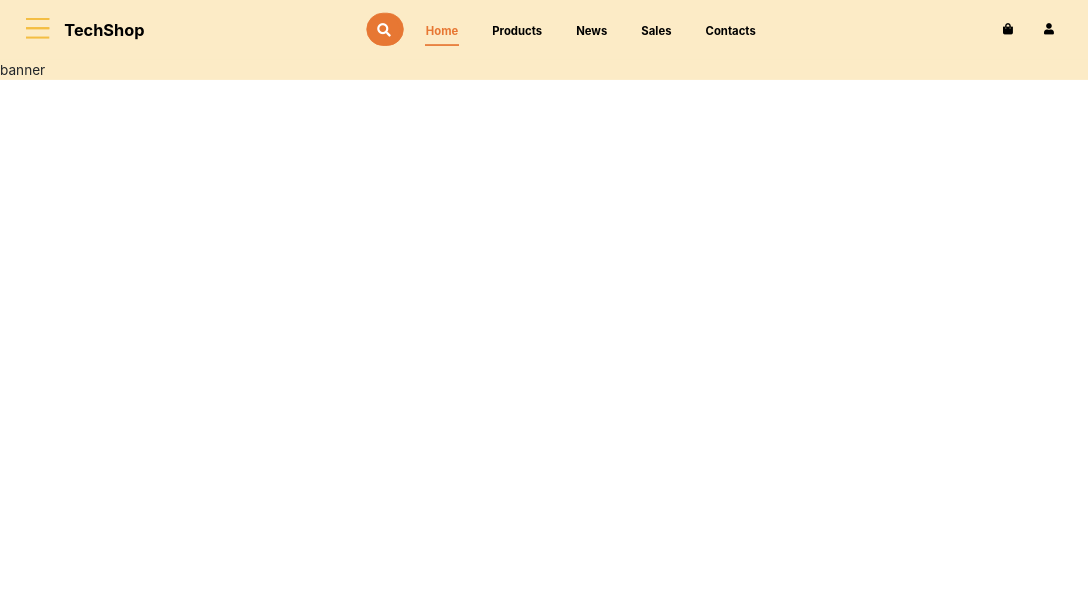
Repository: dinhngocup/TechShop
Page: /home
The author's editor kept a copy of each file at every save. The page is drawn from the files as they stood at one save, then again after the next save.
The browser window is 1280 px wide. The pictures show the whole page, at 85% of full size.
Some web libraries are served in a nearby version. The project was rebuilt for these pictures with package versions that can differ from the ones it lists, and the page was loaded fresh each time. Also part of the build but not shown: src/App.css, src/components/news.jsx.

Above is the page before, as saved 2021-03-17 21:33:46.

### public/index.html
<!doctype html>
<html lang="en">
  <head>
    <title>Title</title>
    <!-- Required meta tags -->
    <meta charset="utf-8">
    <meta name="viewport" content="width=device-width, initial-scale=1, shrink-to-fit=no">

    <!-- Bootstrap CSS -->
    <link rel="stylesheet" href="https://stackpath.bootstrapcdn.com/bootstrap/4.3.1/css/bootstrap.min.css" integrity="sha384-ggOyR0iXCbMQv3Xipma34MD+dH/1fQ784/j6cY/iJTQUOhcWr7x9JvoRxT2MZw1T" crossorigin="anonymous">

    <!-- Font awesome-->
    <link rel="stylesheet" href="https://maxcdn.bootstrapcdn.com/font-awesome/4.7.0/css/font-awesome.min.css">
    <link rel="stylesheet" href="https://cdnjs.cloudflare.com/ajax/libs/font-awesome/5.13.0/css/all.min.css">
  </head>
  <body>
    <div id="root"></div>
    <!-- Optional JavaScript -->
    <!-- jQuery first, then Popper.js, then Bootstrap JS -->
    <script src="https://code.jquery.com/jquery-3.3.1.slim.min.js" integrity="sha384-q8i/X+965DzO0rT7abK41JStQIAqVgRVzpbzo5smXKp4YfRvH+8abtTE1Pi6jizo" crossorigin="anonymous"></script>
    <script src="https://cdnjs.cloudflare.com/ajax/libs/popper.js/1.14.7/umd/popper.min.js" integrity="sha384-UO2eT0CpHqdSJQ6hJty5KVphtPhzWj9WO1clHTMGa3JDZwrnQq4sF86dIHNDz0W1" crossorigin="anonymous"></script>
    <script src="https://stackpath.bootstrapcdn.com/bootstrap/4.3.1/js/bootstrap.min.js" integrity="sha384-JjSmVgyd0p3pXB1rRibZUAYoIIy6OrQ6VrjIEaFf/nJGzIxFDsf4x0xIM+B07jRM" crossorigin="anonymous"></script>
  </body>
</html>

### src/App.js
import Header from "./components/Header/header";
import "./App.css";
import News from './components/news'
import Home from './components/Home/home'
import {
  BrowserRouter as Router,
  Switch,
  Route,
} from "react-router-dom";
function App() {
  return (
    <Router>
      <Header />
      <Switch>
        <Route path="/home" component={Home}/>
        <Route path="/shopping-cart" />
        <Route path="/user-info" />
        <Route path="/products" />
        <Route path="/news" component={News}/>
        <Route path="/sales" />
        <Route path="/contacts" />
      </Switch>
    </Router>
  );
}

export default App;

### src/components/Header/header.jsx
import React from 'react';
import './_header.scss'
import Menu from './Menu/menu'
import Nav from './Nav/nav'
import Info from './Info/info'

function Header() {
    return (
        <div className='header d-flex'>
            <Menu />
            <Nav />
            <Info />
        </div>
    );
}

export default Header;

### src/components/Home/home.jsx
import React from 'react'
import Banner from './Banner/banner'
import './_home.scss'
function Home() {
    return (
        <div className="body-content">
            <Banner />

        </div>
    )
}



export default Home

### src/components/Header/_header.scss
.header {
   height: 70px;
   background-color: rgb(252,235,198);
   flex-direction: row;
   align-items: center;
   justify-content: space-between;
   padding: 0px 30px;
   width: 100%;
   position: fixed;
}

### src/components/Header/Menu/menu.jsx
import React, { useState, useEffect } from "react";
import "./_menu.scss";
import { Link } from "react-router-dom";
import MenuItem from "./menu-item";

function Menu() {
  const [isHiddingMenu, setIsHiddingMenu] = useState(false);
  const [nav, setNav] = useState("");
  const [li, setLi] = useState("");

  //const [menuItems, setMenuItems] = useState("");

  const placeLiElement = (li, nav) => {
    let boundary_y = li[0].getBoundingClientRect().top;
    li.forEach((el, i) => {
      let top =
        el.getBoundingClientRect().top +
        el.getAttribute("data-group") * -11 -
        boundary_y;
      el.style.setProperty("--top", top);
      el.style.setProperty("--delay-close", `${i * 0.1}s`);
      el.style.setProperty("--delay-open", `${(li.length - i) * 0.1}s`);
    });
    nav.classList.toggle("nav-closed");

  }


  //get nav & li position
  useEffect(() => {
    let navElement = document.getElementById("hidden-menu");
    let liElement = navElement.querySelectorAll("li");
    let group_size = Math.ceil(liElement.length / 3);
    let group_index = 0;
    setNav(navElement);
    setLi(liElement);
    liElement.forEach((e, i) => {
      e.setAttribute("data-group", group_index);
      group_index =
        i % group_size === group_size - 1 ? group_index + 1 : group_index;
    });

    setIsHiddingMenu(true);
    placeLiElement(liElement, navElement);
    //console.log('1', isHiddingMenu);

  }, []);

  const showMenu = (isHiddingMenu) => {
    const menuItemsFromDB = [
      {
        label: "Home",
        to: "/home",
        activeOnlyWhenExact: false,
      },
      {
        label: "Contacts",
        to: "/contacts",
        activeOnlyWhenExact: false,
      },
      {
        label: "News",
        to: "/news",
        activeOnlyWhenExact: false,
      },
      {
        label: "Products",
        to: "/products",
        activeOnlyWhenExact: false,
      },
      {
        label: "Sales",
        to: "/sales",
        activeOnlyWhenExact: false,
      },
    ];

    let res = null;
    if (menuItemsFromDB.length > 0)
      res = menuItemsFromDB.map((item, index) => {
        let data = {
          label: item.label,
          to: item.to,
          activeOnlyWhenExact: item.activeOnlyWhenExact,
        };

        return (
          <li key={index}>
            <MenuItem data={data}
            isHiddingMenu={isHiddingMenu}
            handleHideMenu={HandleHiddenMenu}/>
          </li>
        );
      });
    return res;
  };

  const HandleHiddenMenu = (e) => {
    setIsHiddingMenu(!isHiddingMenu);
    //console.log('2', isHiddingMenu);



    // if declare e.preventDef and e.stopPropa, direct to new page is prevented
    //e.preventDefault();

    placeLiElement(li, nav);

    //e.stopPropagation();
  };
  return (

    <div className="fluid-container menu">
      <div className="row">
        <div className="col hidden-menu-container">
          <ul className="hidden-menu" id="hidden-menu">
            {showMenu(isHiddingMenu)}

            <button className="nav-toggle" onClick={HandleHiddenMenu}>
              X
            </button>
          </ul>
        </div>
        <div className="col">
          <Link className="shop-name" to="/home">
            TechShop
          </Link>
        </div>
      </div>
    </div>
  );
}

export default Menu;

### src/components/Header/Nav/nav.jsx
import React from "react";
import './_nav.scss'
import {
  NavLink,
} from "react-router-dom";
import Search from './search'
function Nav(props) {
    return (

        <div className='nav-bar d-flex'>
            <Search />
            <nav className='nav'>
                <ul>
                    <li>
                        <NavLink
                            activeClassName='active'
                            to="/home"
                            exact>
                            Home
                        </NavLink>
                    </li>
                    <li>
                        <NavLink
                            activeClassName='active'
                            to="/products">
                            Products
                        </NavLink>
                    </li>
                    <li>
                        <NavLink
                            activeClassName='active'
                            to="/news">
                            News
                        </NavLink>
                    </li>
                    <li>
                        <NavLink
                            activeClassName='active'
                            to="/sales">
                            Sales
                        </NavLink>
                    </li>
                    <li>
                        <NavLink
                            activeClassName='active'
                            to="/contacts">
                            Contacts
                        </NavLink>
                    </li>
                </ul>
            </nav>


        </div>
    );
}

export default Nav;

### src/components/Header/Info/info.jsx
import React from "react";
import "./_info.scss";
import {
  NavLink,
} from "react-router-dom";

function Info() {
    return (
        <div className="info-group d-flex">
            <NavLink
                activeClassName='active'
                to="/shopping-cart">
                <i className="fa fa-shopping-bag"></i>
            </NavLink>
            <NavLink
                activeClassName='active'
                to="/user-info">
                <i className="fa fa-user"></i>
            </NavLink>
        </div>
    );
}

export default Info;

### src/components/Home/Banner/banner.jsx
import React from "react";
import "./_banner.scss";
function Banner() {
  return (
    <div>
      banner
    </div>
  );
}

export default Banner;

### src/components/Home/_home.scss
.body-content {
    //overflow: hidden;
    padding-top: 70px;
    width: 100%;
    background-color: rgb(252,235,198);
}

### src/components/Header/Menu/_menu.scss
@import '../Shared.scss';
.menu {
    width: 140px;
    .shop-name {
        font-weight: bold;
        font-size: larger;
        color: black;
        text-decoration: none;
    }

    .hidden-menu-container {
        display: relative;
        z-index: 999;
        .hidden-menu {
            display: inline-block;
            list-style-type: none;

            position: absolute;
            top:0;
            list-style-type: none;
            padding: 0;
            margin: 0;
            width: 200px;
            li {
                overflow: visible;
                height: 60px;
                width: 100%;
                background-color: rgb(244, 190, 67);

                transform-origin: 0 0;
                transition: transform 0.6s ease;
                transition-delay: var(--delay-open);
                padding: 20px 40px;
                align-items: center;
                a {
                    text-align: center;
                    color: rgba(255, 255, 255, 0.6);
                    font-size: 16px;
                    &:hover {
                        text-decoration: none;
                        color: white !important;
                        box-shadow: 10px 0px 40px -5px #fff;
                    }
                    &.active {
                        color: white;
                        font-weight: 700;
                    }

                }
            }
            .nav-toggle {
                position: absolute;
                top: 0;
                width: 50px;
                height: 50px;
                /* opacity: 0; */
                cursor: pointer;
                transform-origin: 0 0;
                outline: none;
                margin-left: 10px;
                right: 0;
                transition: right 1s ease, opacity 1s ease;
                opacity: 1;
                background-color: rgb(244, 190, 67);
                border: none;
                color:rgba(255, 255, 255, 0.6);
            }

            .nav-toggle:hover {
                border-radius: 50%;
                background-color: rgba(244, 190, 67, 0.1);
                color: white

            }
        }

        .nav-closed a {
            color: rgb(244, 190, 67);
        }

        .nav-closed li {
            transform: translateY(calc(var(--top) * -1px)) scaleY(0.04) scaleX(0.14);
            transition-delay: var(--delay-close);
            color: rgb(244, 190, 67);
        }

        .nav-closed .nav-toggle {
            right: calc(100% - 50px);
            opacity: 0;
        }
    }
}

### src/components/Header/Menu/menu-item.jsx
import React from 'react'
import PropTypes from 'prop-types'
import { Route, NavLink } from "react-router-dom";

MenuItem.propTypes = {
    data: PropTypes.object.isRequired,
    isHiddingMenu: PropTypes.bool.isRequired,
    handleHideMenu: PropTypes.func,
}

function MenuItem(props) {
    const {data, isHiddingMenu, handleHideMenu} = props;
    //console.log('3',isHiddingMenu)


    return (
        <Route
          path={data.to}
          exact={data.activeOnlyWhenExact}
          children={() => {
            if (isHiddingMenu) return <span>{data.label}</span>;
            return (
              <NavLink
                activeClassName="active"
                to={data.to}
                exact={data.activeOnlyWhenExact}
                onClick={handleHideMenu}
              >
                {data.label}
              </NavLink>
            );
          }}
        />
      );
}


export default MenuItem

### src/components/Header/Nav/_nav.scss
.nav-bar {
    align-items: center;
    .nav {
        ul {
            padding: 0;
            margin: 0;
            li {
                display: inline;
                padding: 20px;
                font-size: smaller;
                font-weight: bold;
                position: relative;
                a {
                    color: black;
                    transition: 0.8s;
                    &:after {
                        transition: 0.8s;
                        position: absolute;
                        content: "";
                        background-color: #E77733;

                        height: 2px;
                        width: 0%;

                        bottom: 10px;
                        left:0;
                        right: 0;

                        margin: 0 auto;
                    }
                    &:hover {
                        text-decoration: none;
                        color: #E77733;
                        &:after {
                            width: 50%;
                        }
                    }
                }
                .active {
                    color: #E77733;
                    &:after {
                        position: absolute;
                        content: "";
                        background-color: #E77733;

                        height: 2px;
                        width: 50%;

                        bottom: 10px;
                        left:0;
                        right: 0;

                        margin: 0 auto;
                    }
                }


            }
        }

    }
}

### src/components/Header/Nav/search.jsx
import React from 'react'
import PropTypes from 'prop-types'
import './_search.scss'


function Search(props) {
    return (
        <form  className='search-form'>
            <input type="search" />
            <i className="fa fa-search"></i>
        </form>
    )
}



export default Search

### src/components/Header/Info/_info.scss

@import '../Shared.scss';

.info-group {
    font-size: smaller;
    justify-content: space-between;
    align-items: center;
    width: 80px;
    a {
        color: black;
        i {
            padding: 10px;
            border-radius: 50%;
            &:hover {
                box-shadow: 10px 0px 40px -5px #E77733, inset 0px 0px 40px 0px white;
            }
        }
        &.active {
            i {
                @include inset-shadow-active;
            }
        }

    }
}

### src/components/Header/Shared.scss
@mixin inset-shadow {
    padding: 10px;
    border-radius: 50%;
    box-shadow: inset 0px 0px 10px 0px white;
    &:hover {
        box-shadow: 10px 0px 40px -5px #E77733, inset 0px 0px 40px 0px white;
    }

}

@mixin inset-shadow-active {
    transition: 0.8s;
    box-shadow: 0 0 0px 2px #E77733, inset 0px 0px 40px 0px white;


}

### src/components/Header/Nav/_search.scss
.search-form {
    z-index: 999;
    display: inline;
    position: relative;

    width: 50px;
    height: 40px;

    input {
        padding-left: 40px;
        position: absolute;
        top: 0;
        left: 0;
        width: 40px;

        line-height: 35px;

        //     font-size: 1em;
        border-radius: 25px;
        border: solid 1px #E77733;
        transition: 0.8s;
        background-color: #E77733;
        pointer-events: none;
        &:focus {
            outline: none;
        }
    }
    &:hover {
        i {
            color: #E77733;
            background-color: white;
        }
        input {
            pointer-events: visible;
            width: 470px;
            background-color: white;
        }
    }
    i {
        box-sizing: border-box;

        position: absolute;
        top: 2px;
        left: 3px;
        border-radius: 50%;
        padding: 10px;
        background-color: #E77733;
        color: white
    }
}

// form:hover{
//     width: 200px;
//     cursor: pointer;
// }

// form:hover input{
//     display: block;
// }

// form:hover .fa{
//     background: #07051a;
//     color: white;
// }

### src/components/Home/Banner/_banner.scss
.banner {
    width: 100%;
    height: 1200px;
    background-color: white;
}

Loaded but not shown: src/index.js (common file); src/index.css (common file); src/reportWebVitals.js (common file)

After the next save:
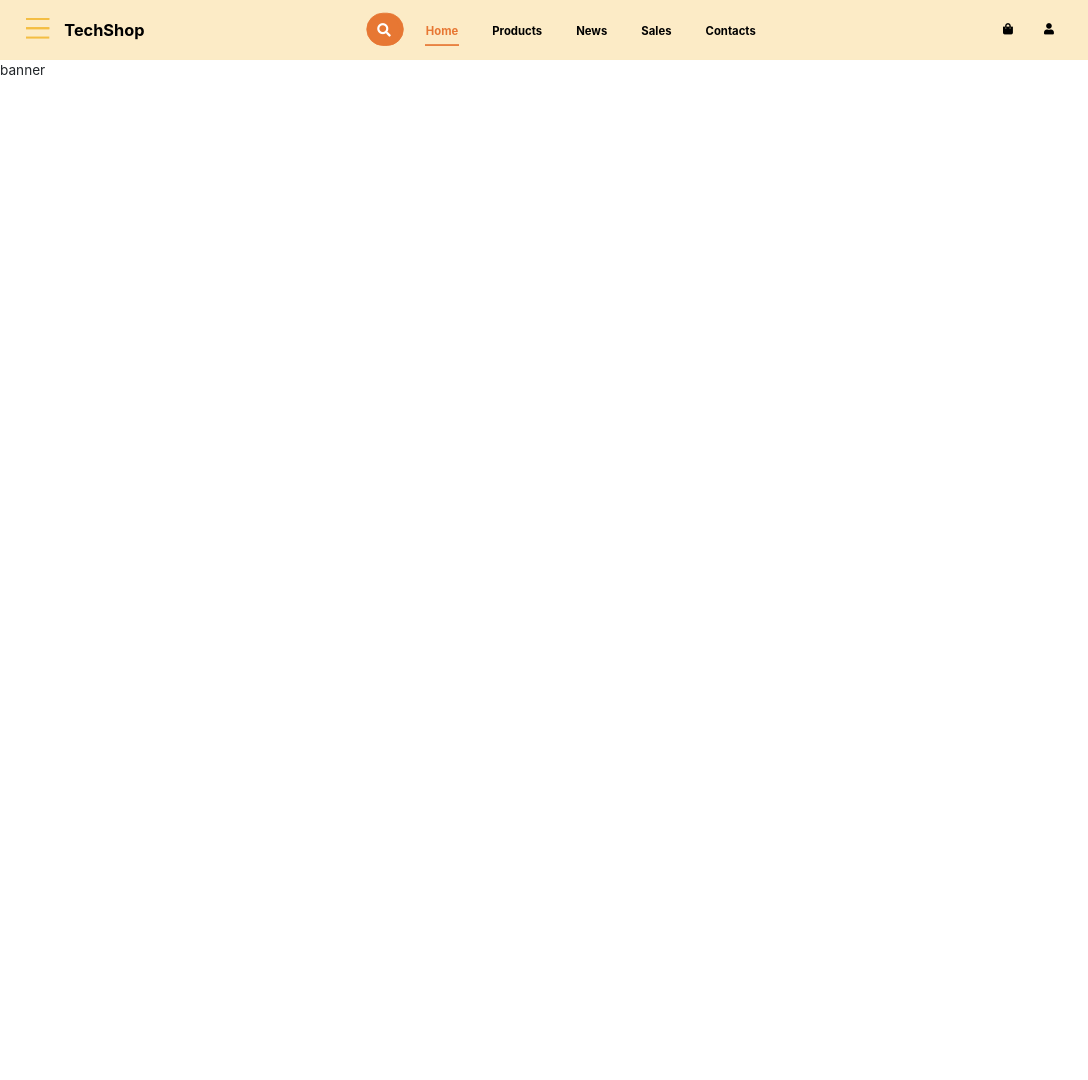
Saved 2 min 17 s later.
--- a/src/components/Home/Banner/banner.jsx
+++ b/src/components/Home/Banner/banner.jsx
@@ -2,7 +2,7 @@
 import "./_banner.scss";
 function Banner() {
   return (
-    <div>
+    <div className='banner'>
       banner
     </div>
   );
